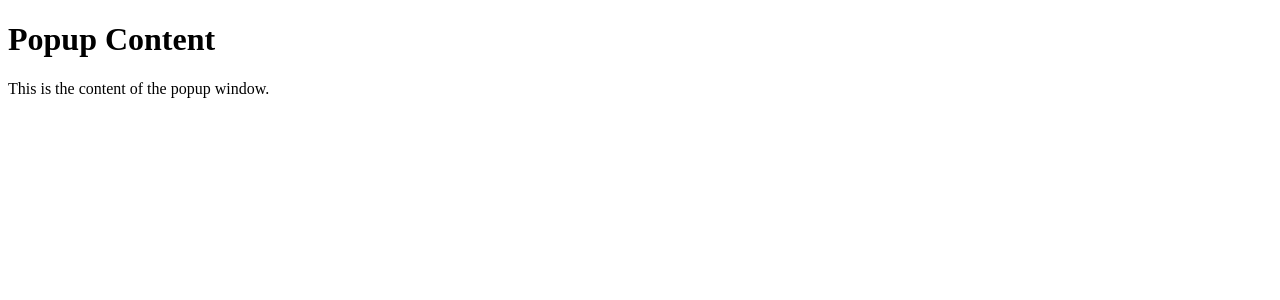
Repository: AndrlmMass/Time-management-chrome-extension
Page: popup2.html
An editor plug-in stored every save of this project. The page is shown before and after the next save, followed by the edit.
The browser window is 1280 px wide. The pictures show the whole page.

Above is the page before, as saved 2023-08-22 16:12:02.

### popup2.html
<!DOCTYPE html>
<html>
<head>
  <title>Popup</title>
</head>
<body>
  <h1>Popup Content</h1>
  <p>This is the content of the popup window.</p>
</body>
</html>

After the next save:
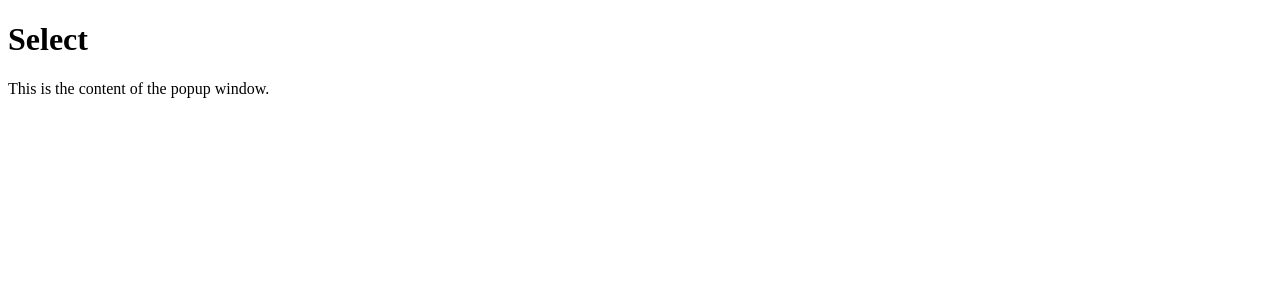
Saved 7 s later.
--- a/popup2.html
+++ b/popup2.html
@@ -4,7 +4,7 @@
   <title>Popup</title>
 </head>
 <body>
-  <h1>Popup Content</h1>
+  <h1>Select</h1>
   <p>This is the content of the popup window.</p>
 </body>
 </html>
